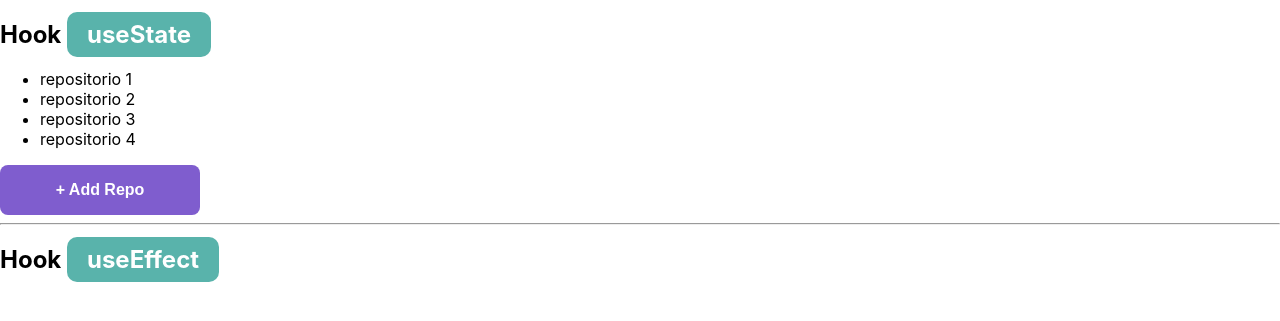
Repository: thiagolucio/react-hooks-use
Page: /
The author's editor kept a copy of each file at every save. The page is drawn from the files as they stood at one save, then again after the next save.
The browser window is 1280 px wide. The pictures show the whole page.
The page's requests for data from a server got no answer. The project was rebuilt for these pictures with package versions that can differ from the ones it lists, and the page was loaded fresh each time. No one was signed in, and anything a server would have sent is missing. Also part of the build but not shown: src/App.css.

Above is the page before, as saved 2022-03-08 23:11:32.

### src/index.css
body {
  margin: 0;
  padding: 0;
  overflow-x: hidden;
  font-family: -apple-system, BlinkMacSystemFont, 'Segoe UI', 'Roboto', 'Oxygen',
    'Ubuntu', 'Cantarell', 'Fira Sans', 'Droid Sans', 'Helvetica Neue',
    sans-serif;
  -webkit-font-smoothing: antialiased;
  -moz-osx-font-smoothing: grayscale;
}

code {
  font-family: source-code-pro, Menlo, Monaco, Consolas, 'Courier New',
    monospace;
}

.container_column_center {
  display: flex;
  flex-direction: column;
  justify-content: flex-start;
  align-items: center;
}

.container_row_center {
  display: flex;
  flex-direction: row;
  justify-content: flex-start;
}


.font18px {font-size: 18px;}
.font20px {font-size: 20px;}
.font22px {font-size: 22px;}
.font24px {font-size: 24px;}

### src/App.js
import React from "react";
import "./App.css";

import UseStateExample from "./Components/UseStateExample";
import UseEffectExample from "./Components/UseEffectExample";

function App() {
  return (
    <>
        <UseStateExample />
        <UseEffectExample />
    </>
  );
}

export default App;

### src/Components/UseStateExample.js
import React, { useState } from "react";
import "./UseStateExample.css";

function UseStateExample() {

  const [repositories, setRepositories] = useState([
    { id: 1, name: "repositorio 1" },
    { id: 2, name: "repositorio 2" },
    { id: 3, name: "repositorio 3" },
    { id: 4, name: "repositorio 4" },
  ]);

    function handleAddRepo() {

        let numName  = repositories.length + 1;

        setRepositories([...repositories, { id: Math.random(), name: "repositorio " + numName}]);
    }

  return (
    <div className="container-list">
      <h2>Hook <span className="badge-title">useState</span></h2>
      <ul>
        {repositories.map((repo) => (
          <li key={repo.id}>{repo.name}</li>
        ))}
      </ul>
      <button className="buttonApp" onClick={handleAddRepo}>+ Add Repo</button>
    </div>
  );
}

export default UseStateExample;

### src/Components/UseEffectExample.js
import React, { useEffect, useState } from "react";
import "./UseStateExample.css";

function UseEffectExample() {

  const [repositories, setRepositories] = useState([]);

  useEffect(() => {
    fetch("https://api.github.com/users/thiagolucio/repos")
      .then((response) => response.json())
      .then((data) => setRepositories(data));
  })


  return (
    <>
    <hr/>
      <h2>Hook <span className="badge-title">useEffect</span></h2>
      <ul>
        {repositories.map((repo) => (
          <li key={repo.id}>{repo.name}</li>
        ))}
      </ul>
    </>
  );
}

export default UseEffectExample;

### src/Components/UseStateExample.css
.buttonApp {
    width: 200px;
    height: 50px;
    font-size: 16px;
    padding: 8px 25px;
    background-color: #7f5dce;
    border: 2px solid #ffffff;
    color: #fff;
    font-weight: bold;
    border: none;
    border-radius: 8px;
}

.buttonApp:hover {
    background-color: white;
    border: 2px solid #7f5dce;
    color: #7f5dce;
    transition: all 0.2s ease-in;
    cursor: pointer;
}

.buttonApp:click {
    background-color: 45336e;
    border: 2px solid #45336e;
    color: #7f5dce;
    transition: all 0.2s ease-in;
    cursor: pointer;
}

.badge-title {
    width: 100%;
    height: 40px;
    font-size: 24px;
    padding: 8px 20px;
    background-color: #59b3ab;
    color: #fff;
    font-weight: bold;
    border: none;
    border-radius: 10px;
}

Loaded but not shown: public/index.html (common file); src/index.js (common file); src/reportWebVitals.js (common file)

After the next save:
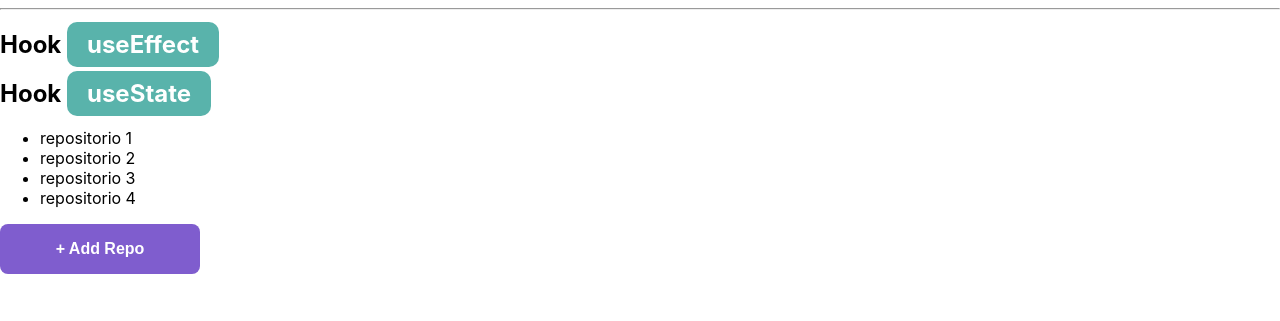
Saved 16 s later.
--- a/src/App.js
+++ b/src/App.js
@@ -7,8 +7,8 @@ import UseEffectExample from "./Components/UseEffectExample";
 function App() {
   return (
     <>
+        <UseEffectExample />
         <UseStateExample />
-        <UseEffectExample />
     </>
   );
 }
